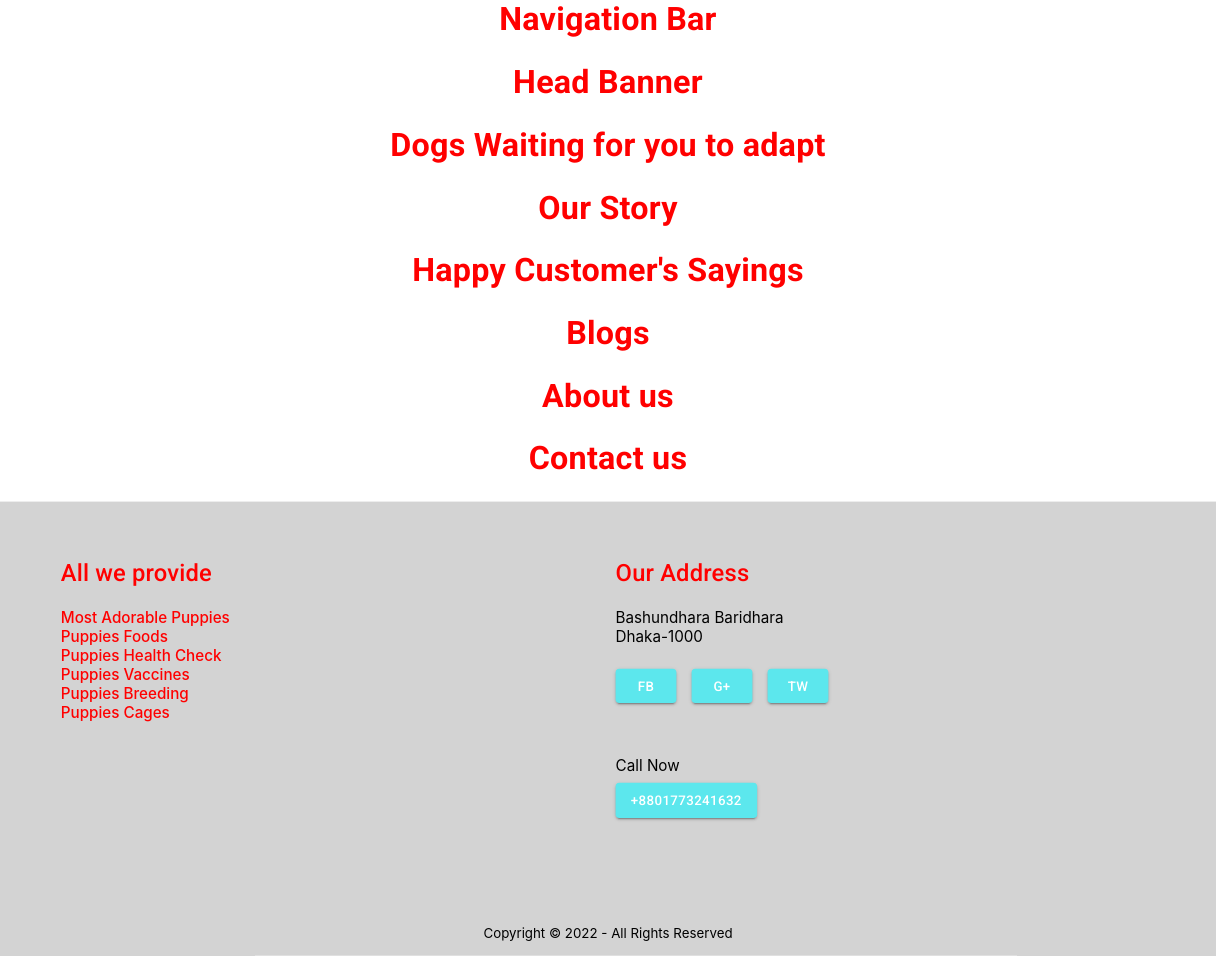
Repository: Sharif-00112/dogos-paradise-client
Page: /
An editor plug-in stored every save of this project. The page is shown before and after the next save, followed by the edit.
The browser window is 1280 px wide. The pictures show the whole page, at 95% of full size.
The page's requests for data from a server got no answer. The project was rebuilt for these pictures with package versions that can differ from the ones it lists, and the page was loaded fresh each time. Some packages were replaced by stand-ins written for this rebuild. No one was signed in, and anything a server would have sent is missing. Also part of the build but not shown: src/Pages/Login/Login/Login.js, src/Pages/Login/Register/Register.js, src/Pages/NotFound/NotFound.js.

Above is the page before, as saved 2022-11-30 22:47:27.

After the next save:
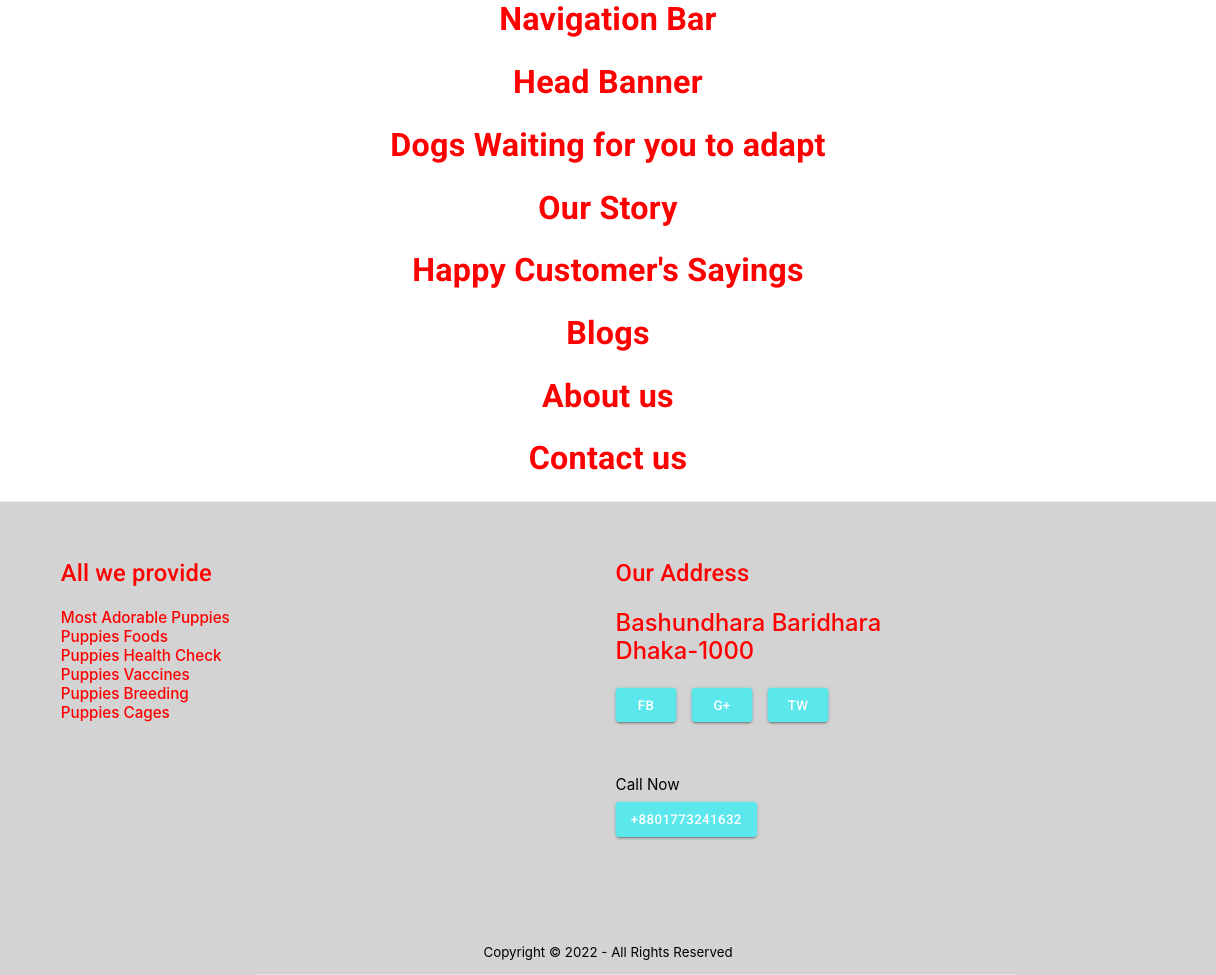
Saved 53 s later.
--- a/src/Pages/Shared/Footer/Footer.js
+++ b/src/Pages/Shared/Footer/Footer.js
@@ -57,7 +57,7 @@ const Footer = () => {
                         <Typography sx={{ my:2, fontSize: 18, fontWeight: 600 }} style={{color: 'red', fontWeight: 500, fontSize: 25 }} variant="h6" component="div">
                             Our Address
                         </Typography>
-                        <Typography sx={{ fontSize: 16, fontWeight: 400 }} variant="" component="div">
+                        <Typography sx={{ fontSize: 16, fontWeight: 400 }} style={{color: 'red', fontWeight: 500, fontSize: 25 }} variant="" component="div">
                                 Bashundhara Baridhara <br />
                                 Dhaka-1000
                         </Typography>
